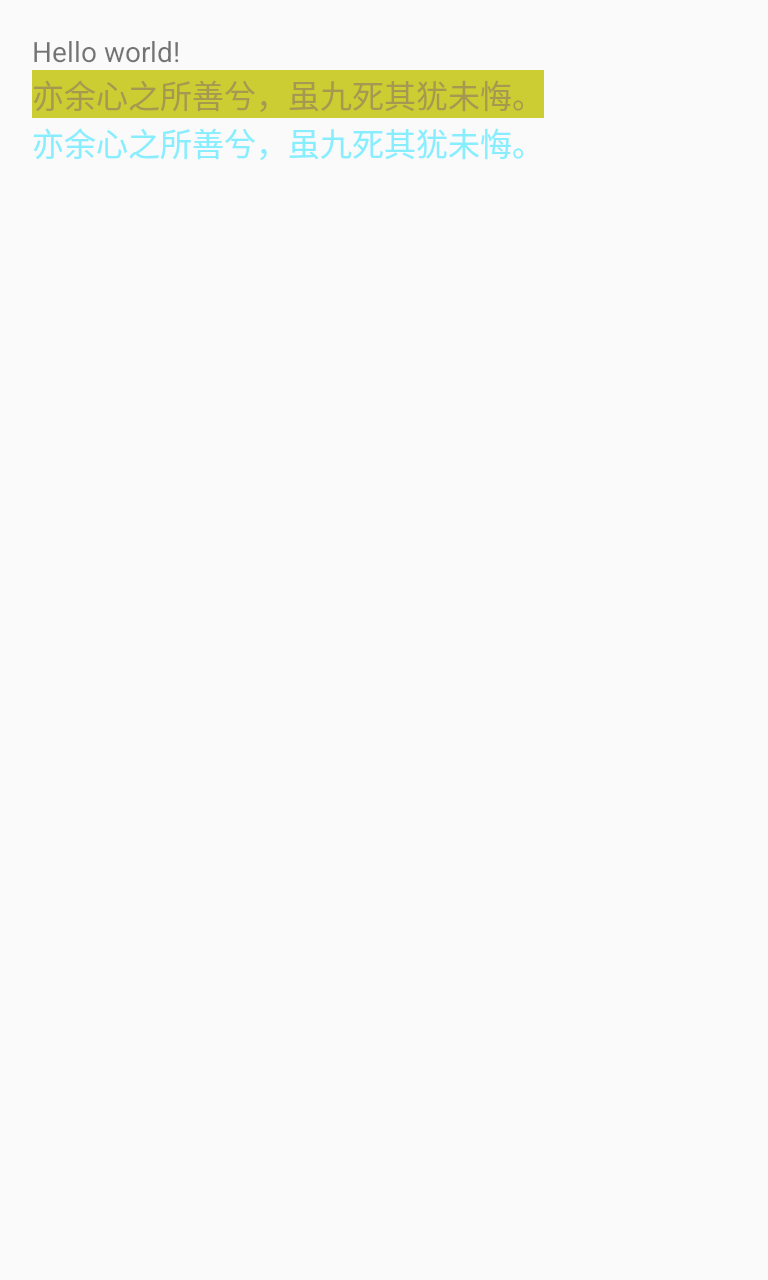
Repository: duhei/cici
Layout: GitHubFrist/res/layout/activity_main.xml
The author's editor kept a copy of each file at every save. The layout is drawn from the files as they stood at one save, then again after the next save.
It is drawn on a 768 x 1280 px phone screen (xhdpi) without system bars, with theme AppTheme; the app's code is not run.

Above is the layout before, as saved 2015-07-10 07:35:24.

### GitHubFrist/res/layout/activity_main.xml
<LinearLayout xmlns:android="http://schemas.android.com/apk/res/android"
    xmlns:tools="http://schemas.android.com/tools"
    android:layout_width="match_parent"
    android:layout_height="match_parent"
    android:paddingBottom="@dimen/activity_vertical_margin"
    android:paddingLeft="@dimen/activity_horizontal_margin"
    android:paddingRight="@dimen/activity_horizontal_margin"
    android:paddingTop="@dimen/activity_vertical_margin"
    tools:context="com.mylove.githubfrist.MainActivity"
    android:orientation="vertical"
    >

    <TextView
        android:layout_width="wrap_content"
        android:layout_height="wrap_content"
        android:text="@string/hello_world" />

    <TextView
        style="@style/warp_content"
        android:text="@string/lisao"
        android:background="#FFCCCC33"
        android:textColor="#99887766"
        android:textSize="16dp"
        />

    <TextView
        style="@style/warp_textCol"
        android:text="@string/lisao"
        />





</LinearLayout>

### GitHubFrist/res/values/styles.xml
<resources xmlns:android="http://schemas.android.com/apk/res/android">

    <!--
        Base application theme, dependent on API level. This theme is replaced
        by AppBaseTheme from res/values-vXX/styles.xml on newer devices.
    -->
    <style name="AppBaseTheme" parent="Theme.AppCompat.Light">
        <!--
            Theme customizations available in newer API levels can go in
            res/values-vXX/styles.xml, while customizations related to
            backward-compatibility can go here.
        -->
    </style>

    <!-- Application theme. -->
    <style name="AppTheme" parent="AppBaseTheme">
        <!-- All customizations that are NOT specific to a particular API-level can go here. -->
    </style>

    <style name = "warp_content" >
        <item name="android:layout_width">wrap_content</item>
        <item name="android:layout_height">wrap_content</item>
    </style>

    <style name="warp_textCol" parent="warp_content">
        <item name="android:textColor">#FF88EEFF</item>
        <item name="android:textSize">16dp</item>
    </style>


</resources>

### GitHubFrist/res/values/strings.xml
<?xml version="1.0" encoding="utf-8"?>
<resources>

    <string name="app_name">GitHubFrist</string>
    <string name="hello_world">Hello world!</string>
    <string name="action_settings">Settings</string>

    <string name="lisao">亦余心之所善兮，虽九死其犹未悔。</string>
</resources>

Loaded but not shown: GitHubFrist/res/values-v11/styles.xml (common file); GitHubFrist/res/values-v14/styles.xml (common file); GitHubFrist/res/values/dimens.xml (common file); GitHubFrist/res/values-w820dp/dimens.xml (common file)

After the next save:
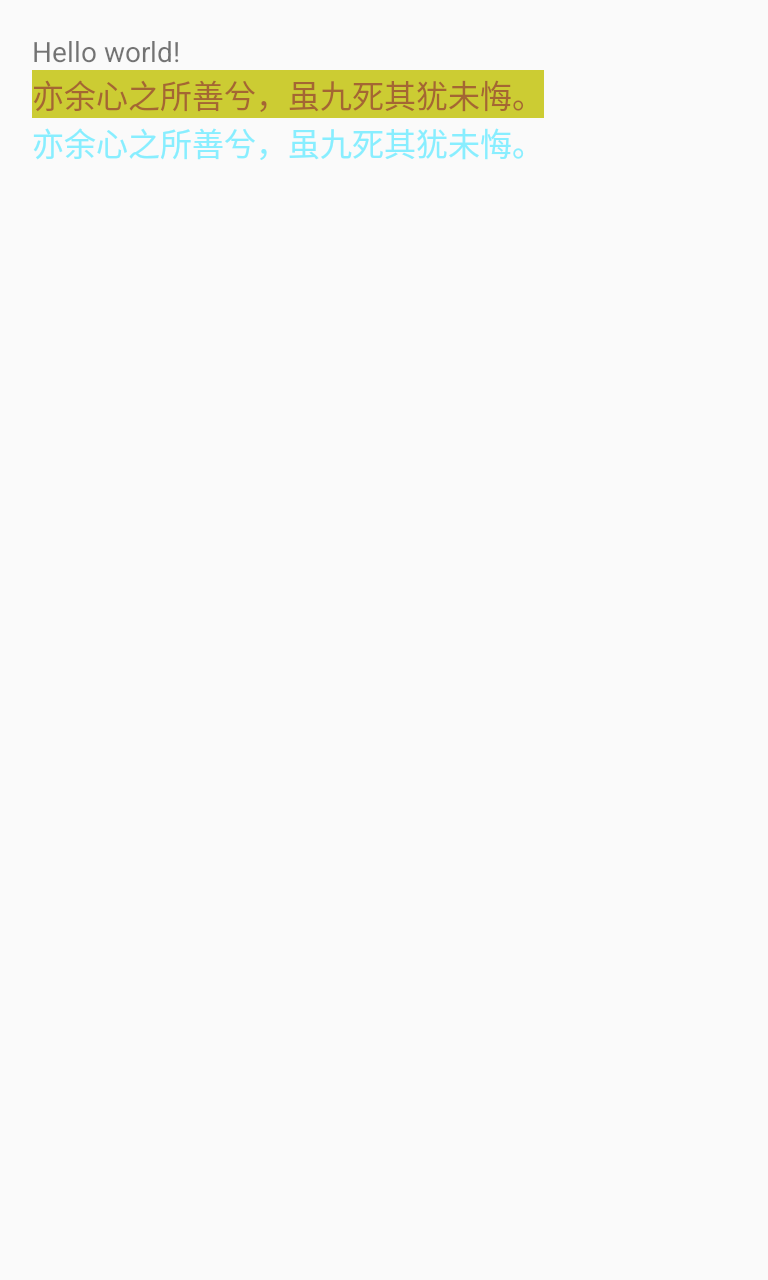
Saved 14 s later.
--- a/GitHubFrist/res/layout/activity_main.xml
+++ b/GitHubFrist/res/layout/activity_main.xml
@@ -19,7 +19,7 @@
         style="@style/warp_content"
         android:text="@string/lisao"
         android:background="#FFCCCC33"
-        android:textColor="#99887766"
+        android:textColor="#99882233"
         android:textSize="16dp"
         />
 
